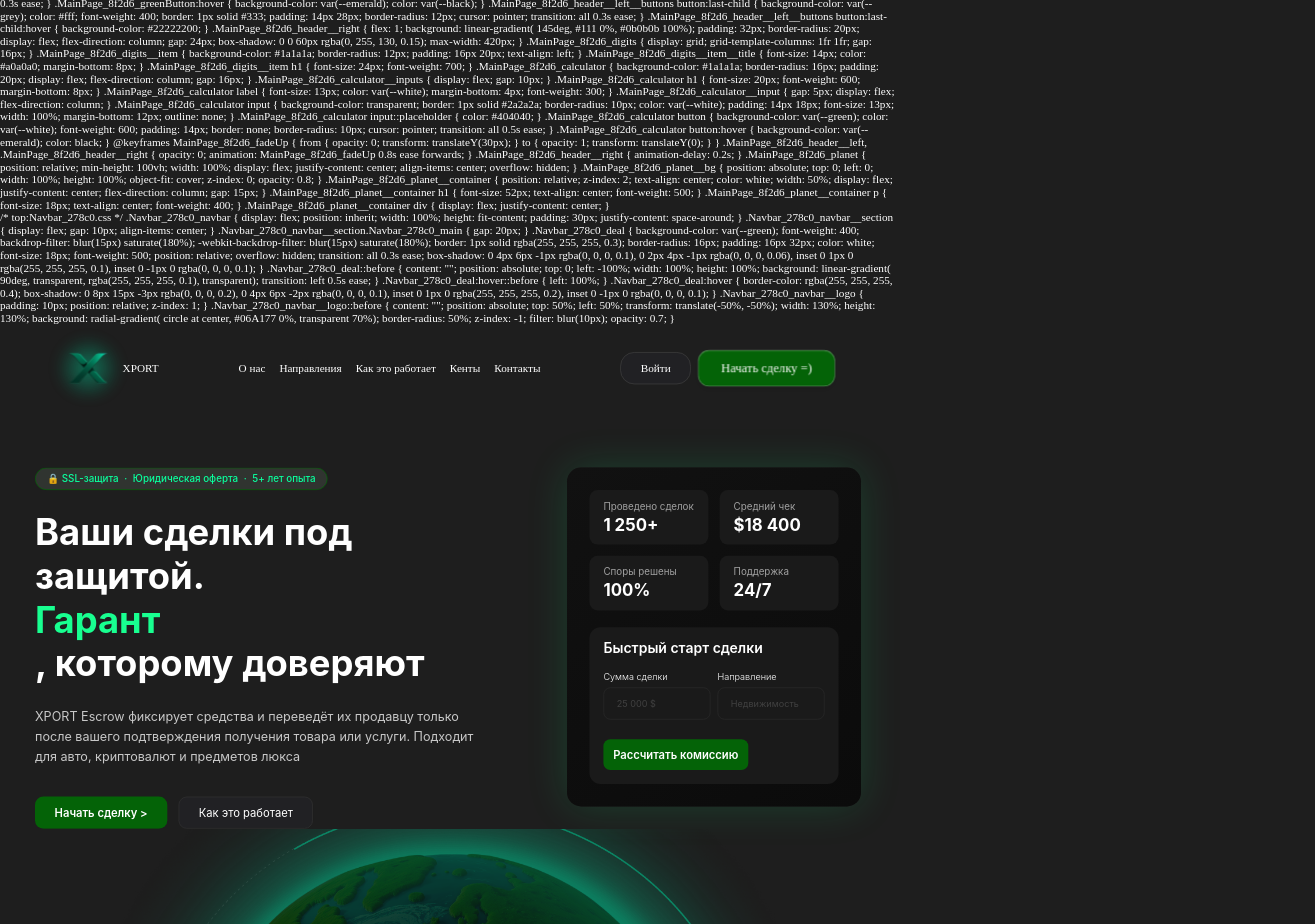
Repository: 1mpuryyyyy/x-port
Page: /x-port/
An editor plug-in stored every save of this project. The page is shown before and after a run of saves, followed by the edit.
The browser window is 1280 px wide. The page is 1879 px wide, so the pictures cover 1879 px, including what lies to the right of the window. The pictures show the part of the page from y = 1300 to 2620 px (the page is 3284 px tall), at 70% of full size.
The project was rebuilt for these pictures with package versions that can differ from the ones it lists, and the page was loaded fresh each time. Also part of the build but not shown: vite.config.js.

Above is the page before, as saved 2025-10-09 03:05:36.

After the next 2 saves:
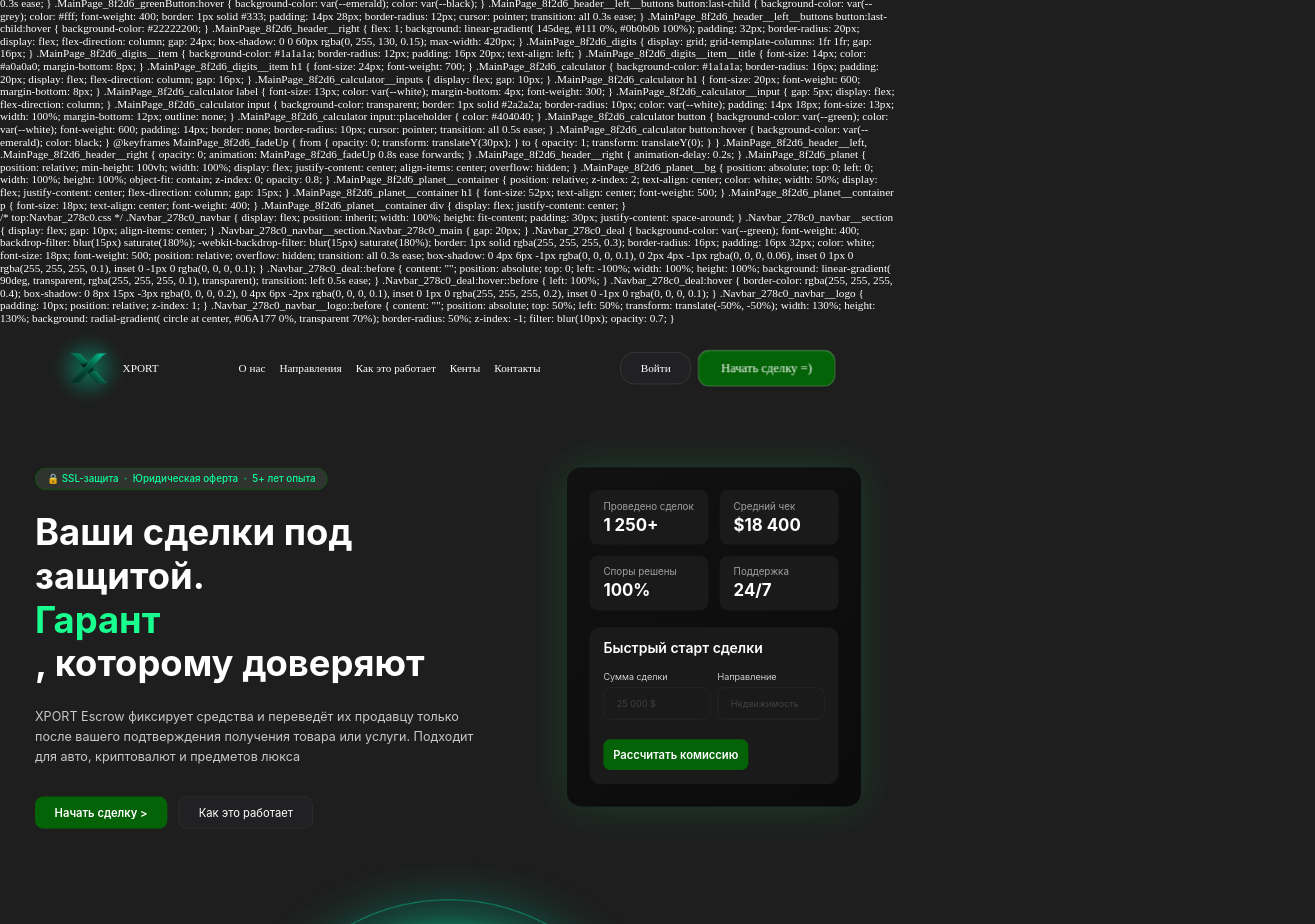
The 2 saves are shown as one change because they came seconds apart.
The last was saved 5 s later.
--- a/src/components/MainPage/MainPage.module.css
+++ b/src/components/MainPage/MainPage.module.css
@@ -243,7 +243,7 @@ section {
     left: 0;
     width: 100%;
     height: 100%;
-    object-fit: cover;
+    object-fit: contain;
     z-index: 0;
     opacity: 0.8;
 }
